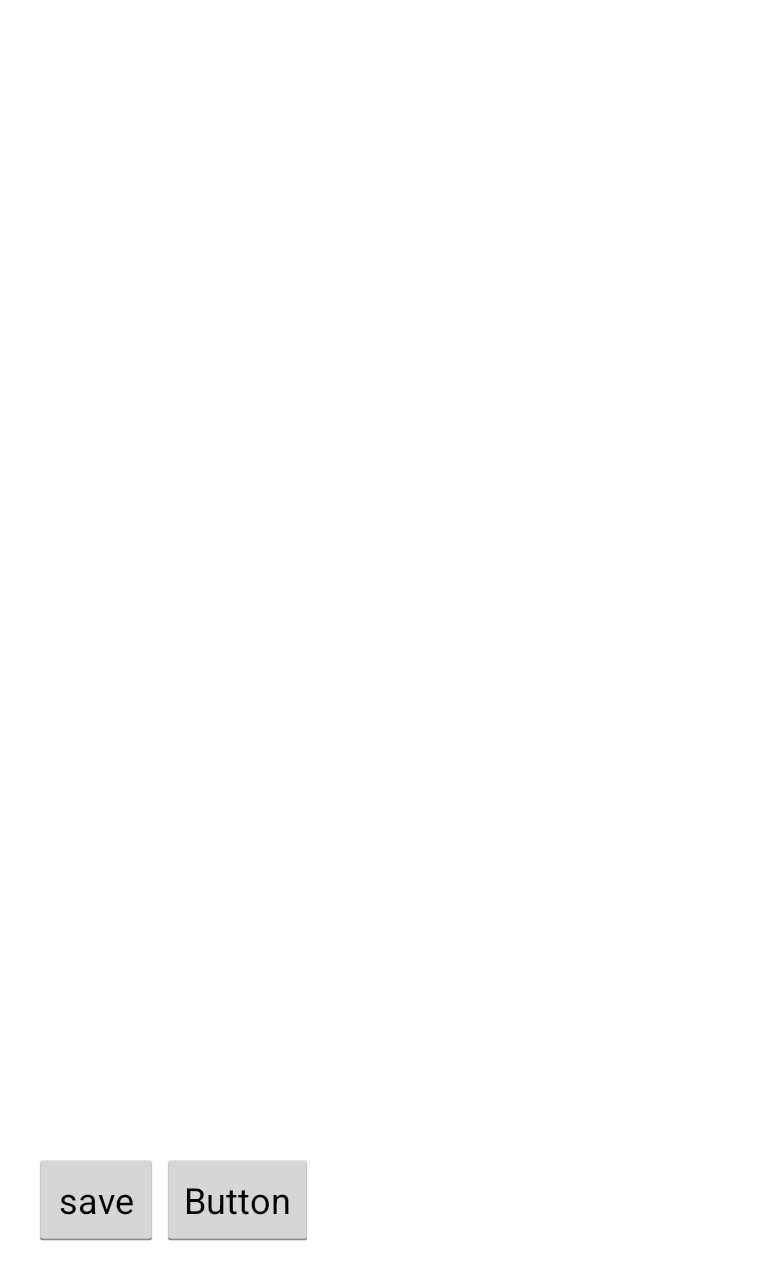
Repository: DongHuaLu/android
Layout: 38Paint/res/layout/activity_main.xml
These files come from the project's save history. The layout is drawn as it stood at one moment and after the next save; the edit follows.
It is drawn on a 768 x 1280 px phone screen (xhdpi) without system bars, with theme AppTheme; the app's code is not run.

Above is the layout before, as saved 2013-09-03 01:21:55.

### 38Paint/res/layout/activity_main.xml
<RelativeLayout xmlns:android="http://schemas.android.com/apk/res/android"
    xmlns:tools="http://schemas.android.com/tools"
    android:layout_width="match_parent"
    android:layout_height="match_parent"
    android:paddingBottom="@dimen/activity_vertical_margin"
    android:paddingLeft="@dimen/activity_horizontal_margin"
    android:paddingRight="@dimen/activity_horizontal_margin"
    android:paddingTop="@dimen/activity_vertical_margin"
    tools:context=".MainActivity" >

    <Button
        android:id="@+id/bt"
        android:layout_width="wrap_content"
        android:layout_height="wrap_content"
        android:layout_alignParentBottom="true"
        android:onClick="save"
        android:text="save" />

    <ImageView
        android:id="@+id/iv"
        android:layout_width="fill_parent"
        android:layout_height="fill_parent"
        android:layout_above="@id/bt" />

    <Button
        android:layout_width="wrap_content"
        android:layout_height="wrap_content"
        android:layout_alignBaseline="@+id/bt"
        android:layout_alignBottom="@+id/bt"
        android:layout_toRightOf="@+id/bt"
        android:text="Button" />

</RelativeLayout>

Loaded but not shown: 38Paint/res/values/styles.xml (common file); 38Paint/res/values-v11/styles.xml (common file); 38Paint/res/values-v14/styles.xml (common file); 38Paint/res/values/dimens.xml (common file)

After the next save:
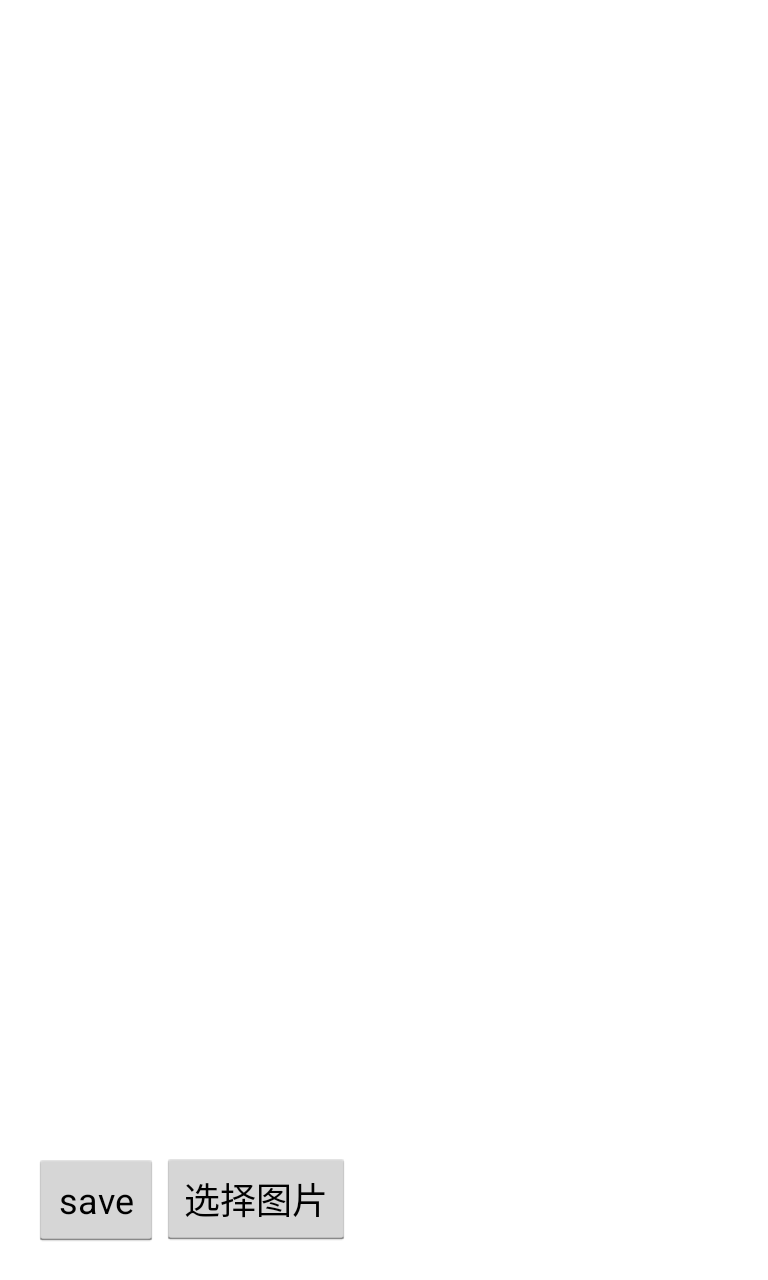
Saved 12 s later.
--- a/38Paint/res/layout/activity_main.xml
+++ b/38Paint/res/layout/activity_main.xml
@@ -28,6 +28,6 @@
         android:layout_alignBaseline="@+id/bt"
         android:layout_alignBottom="@+id/bt"
         android:layout_toRightOf="@+id/bt"
-        android:text="Button" />
+        android:text="选择图片" />
 
 </RelativeLayout>
